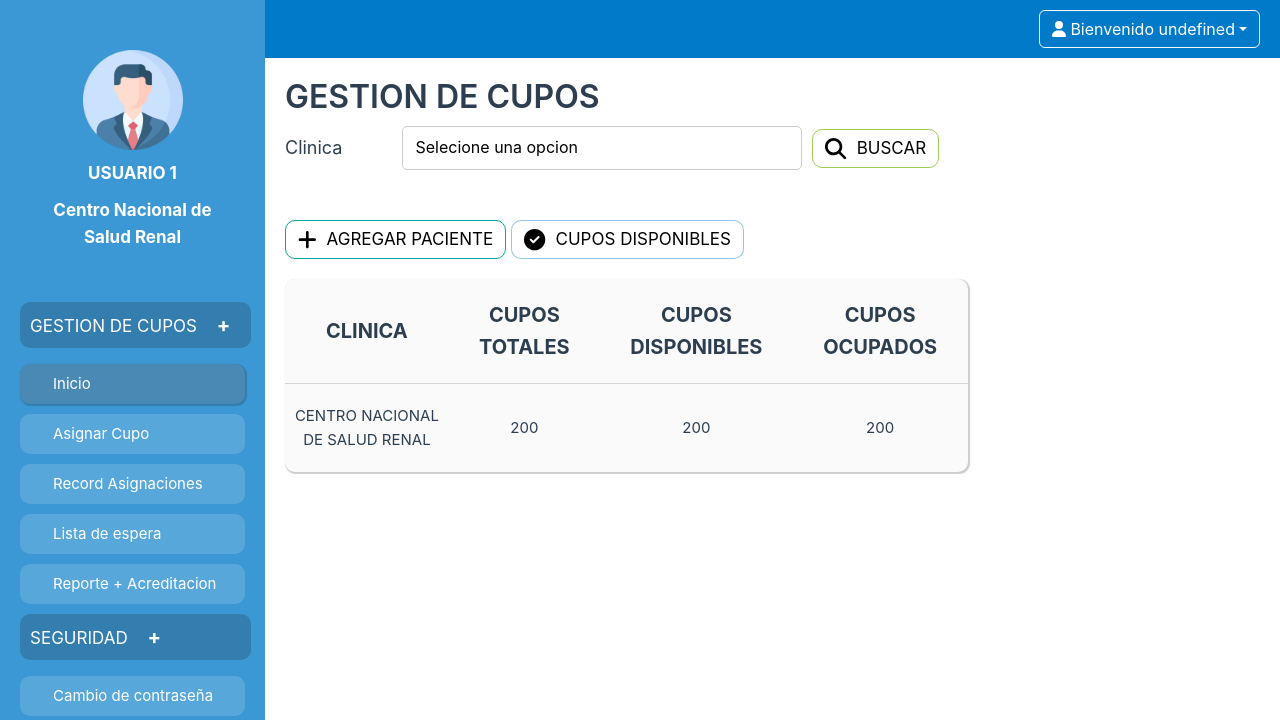
Repository: cynthiacevallos/organizadorhisar
Page: /
These files come from the project's save history. The page is drawn as it stood at one moment and after a run of saves; the edit follows.
The browser window is 1280 px wide. The pictures show the whole page.
The page's requests for data from a server got no answer. Some web libraries are served in a nearby version. The project was rebuilt for these pictures with package versions that can differ from the ones it lists, and the page was loaded fresh each time. No one was signed in, and anything a server would have sent is missing. Also part of the build but not shown: vite.config.js, vue.config.js.

Above is the page before, as saved 2023-09-06 15:32:32.

### index.html
<!DOCTYPE html>
<html lang="en">

<head>
  <meta charset="UTF-8">
  <link rel="icon" href="./src/assets/images/cnsr-logo.png">
  <meta name="viewport" content="width=device-width, initial-scale=1.0">
  <link href="https://cdn.jsdelivr.net/npm/bootstrap@5.3.1/dist/css/bootstrap.min.css" rel="stylesheet"
    integrity="sha384-4bw+/aepP/YC94hEpVNVgiZdgIC5+VKNBQNGCHeKRQN+PtmoHDEXuppvnDJzQIu9" crossorigin="anonymous">
  <title>HISAR</title>
</head>

<body>
  <div id="app"></div>
  <script type="module" src="/src/main.js"></script>


  <script src="https://code.jquery.com/jquery-3.2.1.slim.min.js"
    integrity="sha384-KJ3o2DKtIkvYIK3UENzmM7KCkRr/rE9/Qpg6aAZGJwFDMVNA/GpGFF93hXpG5KkN"
    crossorigin="anonymous"></script>
  <script src="https://cdn.jsdelivr.net/npm/popper.js@1.12.9/dist/umd/popper.min.js"
    integrity="sha384-ApNbgh9B+Y1QKtv3Rn7W3mgPxhU9K/ScQsAP7hUibX39j7fakFPskvXusvfa0b4Q"
    crossorigin="anonymous"></script>
  <script src="https://cdn.jsdelivr.net/npm/bootstrap@4.0.0/dist/js/bootstrap.min.js"
    integrity="sha384-JZR6Spejh4U02d8jOt6vLEHfe/JQGiRRSQQxSfFWpi1MquVdAyjUar5+76PVCmYl"
    crossorigin="anonymous"></script>
</body>

</html>

### src/App.vue
<template>
   <!-- <SidenH :lista="arreglo" usuario="USUARIO 1" centro="Centro Nacional de Salud Renal" />-->
   <!-- <Tabla :header="headers" :data="datos"/>-->
    <!--<Input ancho="50vw" />
    <Input ancho="50vw"/>
    <Input ancho="500px" />-->
  <RouterView />

    <!--<Button title="BUSCAR" imagen="search.png" bgColor="#A1CE57" />
    <Button title="AGREGAR PACIENTE" imagen="cheque.png" bgColor="#00A79C"/>
    <Button title="CANCELAR" imagen="cancelar.png" bgColor="#E35C5C"/>
    <Button title="GENERAR EXCEL" imagen="excel.png" bgColor="#008000"/>
    <Button title="CERRAR SESION" imagen="cerrar-sesion.png" bgColor="#E35C5C" />
    <Button title="CUPOS DISPONIBLES" imagen="cheque.png" bgColor="rgba(59,153,213,0.55)"/>
    <Button imagen="lapiz.png" bgColor="rgba(0,122,201,0.44)"/>
    <Button imagen="eliminar.png" bgColor="#E35C5C"/>
    <Button title="SI" imagen="" bgColor="#A1CE57" />-->
</template>

<style scoped>
*{
  font-family: Inter, -apple-system, BlinkMacSystemFont, 'Segoe UI', Roboto, Oxygen, Ubuntu, Cantarell, 'Fira Sans', 'Droid Sans', 'Helvetica Neue', sans-serif;
}

</style>

<script setup>
  //import Input from './components/hisar_comp/InputH.vue'
  //import SidenH from './components/hisar_comp/SidenavH.vue'
  // import Button from './components/hisar_comp/ButtonH.vue'
 /* import Tabla from './components/hisar_comp/TablaH.vue'
  const headers = [
        {nombre:'TURNO'},{nombre:'FRECUENCIA'},{nombre:'FECHA DE INGRESO'},{nombre:'FECHA DE EVALUACION'},{nombre:'PESO'},{nombre:'TALLA'},{nombre:'ACCIONES'}
  ]
  const datos = [
        {turno:2, frecuencia:'L-M-V',fecIngreso:'2023-12-12',fecEval:'2023-12-12',peso:55,talla:1.55},
        {turno:1, frecuencia:'M-J-S',fecIngreso:'2023-12-12',fecEval:'2023-12-12',peso:55,talla:1.55},
        {turno:3, frecuencia:'L-M-V',fecIngreso:'2023-12-12',fecEval:'2023-12-12',peso:55,talla:1.55},
        {turno:3, frecuencia:'L-M-V',fecIngreso:'2023-12-12',fecEval:'2023-12-12',peso:55,talla:1.55},
        {turno:4, frecuencia:'L-M-V',fecIngreso:'2023-12-12',fecEval:'2023-12-12',peso:66,talla:1.66},
  ]*/
  //const arreglo = [
    //  {main: 'Gestion de cupos',sec:[{name:'Asignar Cupo'},{name:'Record Asignaciones'},{name:'Lista de espera'},////{name:'Reporte + Acreditacion'}]},
    //  {main: 'Seguridad'}
  //]
</script>

<!--<script setup>
import { RouterLink, RouterView } from 'vue-router'
import HelloWorld from './components/HelloWorld.vue'
</script>

<template>
  <header>
    <img alt="Vue logo" class="logo" src="@/assets/logo.svg" width="125" height="125" />

    <div class="wrapper">
      <HelloWorld msg="You did it!" />

      <nav>
        <RouterLink to="/">Home</RouterLink>
        <RouterLink to="/about">About</RouterLink>
      </nav>
    </div>
  </header>

  <RouterView />
</template>

<style scoped>
/*header {
  line-height: 1.5;
  max-height: 100vh;
}

.logo {
  display: block;
  margin: 0 auto 2rem;
}

nav {
  width: 100%;
  font-size: 12px;
  text-align: center;
  margin-top: 2rem;
}

nav a.router-link-exact-active {
  color: var(--color-text);
}

nav a.router-link-exact-active:hover {
  background-color: transparent;
}

nav a {
  display: inline-block;
  padding: 0 1rem;
  border-left: 1px solid var(--color-border);
}

nav a:first-of-type {
  border: 0;
}

@media (min-width: 1024px) {
  header {
    display: flex;
    place-items: center;
    padding-right: calc(var(--section-gap) / 2);
  }

  .logo {
    margin: 0 2rem 0 0;
  }

  header .wrapper {
    display: flex;
    place-items: flex-start;
    flex-wrap: wrap;
  }

  nav {
    text-align: left;
    margin-left: -1rem;
    font-size: 1rem;

    padding: 1rem 0;
    margin-top: 1rem;
  }
}
</style>-->

### src/views/GestionCupos/CuposH.vue
<template>
    <div class="modal-container" v-show="showModal">
        <Modal titulo="Cupos disponibles" :cerrar="mostrarModal" ></Modal>
    </div>

    <div class="main">
        <Sidenav :lista="arreglo" :usuario="user" :centro="centro" />
        <div class="content">
            <Header />
            <div class="content-cupos">
                <h2>GESTION DE CUPOS</h2>
                <div class="content-cupos-busqueda">
                    <label for="clinica">Clinica</label>
                    <Select id="clinica" :opciones="getClinicas" ancho="400px" />
                    <Button title="BUSCAR" background="#FFF"  bgColor="#A1CE57" iconos="magnifying-glass" font="#000" />
                </div>
            </div>
            <div class="resultados-busqueda">
                <div class="btns-busqueda">
                    <Button @click="goAddPaciente" title="AGREGAR PACIENTE" background="#FFF"  bgColor="#00A79C"  iconos="plus" font="#000" />
                    <Button @click="mostrarModal" title="CUPOS DISPONIBLES" background="#FFF" bgColor="rgba(59,153,213,0.55)"  iconos="circle-check" font="#000" />
                </div>
                <TablaH :header="headers" :data="datos" />
            </div>
        </div>

    </div>
</template>

<style scoped>
*{
    width: 100%;
}
.main{
    display: flex;
    /*width: 100%;*/
}
.content{
    display: flex;
    flex-direction: column;
    gap:20px
}
.content-cupos{
    padding-left: 20px;
    width: fit-content;
}
.content-cupos h2{
    font-weight: 600;
}
.content-cupos-busqueda{
    margin-top: 10px;
    display: flex;
    align-items: center;
    gap: 10px;
}
.content-cupos-busqueda label{
    font-weight: normal;
    font-size: 18px;
    padding-right: 50px;
    width: fit-content;
}
.resultados-busqueda{
    padding: 30px 20px;
}
.btns-busqueda{
    margin-bottom: 20px;
    display: flex;
    gap: 5px;
}
.modal-container{
    position:fixed;
    background-color: rgba(255,255,255,0.33);
    height: 100%;
}
</style>

<script setup>
    import { reactive, ref, onMounted } from 'vue'
    import { useRouter } from 'vue-router'

    import { storeToRefs } from 'pinia'
    import { useClinicasStore } from '../../stores/clinicas.js'

    import Sidenav from '../../components/hisar_comp/SidenavH.vue'
    import Header from '../../components/hisar_comp/HeaderH.vue'
    import Select from '../../components/hisar_comp/InputSelect.vue'
    import Button from '../../components/hisar_comp/ButtonH.vue'
    import TablaH from '../../components/hisar_comp/TablaHi.vue'
    import Modal from '../../components/hisar_comp/ModalH.vue'

    const router = useRouter()

    const user= "USUARIO 1"
    const centro="Centro Nacional de Salud Renal"
    const showModal = ref(false)

    const mostrarModal = () =>{
        showModal.value = !showModal.value
    }
    const goAddPaciente = () => {
        router.push({path:'/gestion/cupos/add'})
    }
    //const clinicas = reactive(["Sin datos "])
    const clinicas_store = useClinicasStore();
    const {getClinicas} = storeToRefs(clinicas_store)
    const {consultarClinicas} = clinicas_store


    const arreglo = reactive([
        {main: 'Gestion de cupos',sec:[{name:'Inicio',link:''},{name:'Asignar Cupo',link:'/gestion/cupos/add'},{name:'Record Asignaciones',link:'/gestion/cupos/asignaciones'},{name:'Lista de espera',link:'/gestion/cupos/listaespera'},{name:'Reporte + Acreditacion',link:'/gestion/cupos/reportes'}], done:true},
        {main: 'Seguridad',sec:[{name:'Cambio de contraseña',link:'/seguridad'}],done:true}
    ])
    const headers = [
        {nombre:'CLINICA'},{nombre:'CUPOS TOTALES'},{nombre:'CUPOS DISPONIBLES'},{nombre:'CUPOS OCUPADOS'}
    ]
    const datos = [
        {clinica:'CENTRO NACIONAL DE SALUD RENAL',cuposTotales:200,cuposDisponibles:200,cuposOcupados:200}
    ]

    onMounted(()=>{
        consultarClinicas()
    })
</script>

### src/stores/clinicas.js
import { defineStore } from "pinia";
import { computed, ref } from 'vue'
import axios from 'axios';

export const useClinicasStore = defineStore("clinicas",() =>{
    //const RUTA = import.meta.env.VUE_APP_RUTA_HISAR

    const clinicas = ref([])
    const clinicasDatos = ref([])
    const getClinicas = computed(()=> clinicas.value)
    const getDatosClinicas = computed(()=>clinicasDatos.value)
    const consultarClinicas = () => {
        axios.post("http://10.0.54.105:90/"+"apis/api/token/",{
            username: "cnsr",
            password: "123456",
        }).then((response)=>{
            let result = response.data.access
            axios.get("http://10.0.54.105:90/"+"apis/cas/",{
                headers:{ Authorization: "Bearer " + result },
            }).then((res)=>{
                for(let i = 0; i<res.data.length; i++){
                    clinicas.value.push(res.data[i].descripCas)
                    clinicasDatos.value.push(res.data[i])
                }
            })
        })
    }
    return {
        getDatosClinicas,
        getClinicas,
        consultarClinicas
    }
})

### src/components/hisar_comp/SidenavH.vue
<template>
    <div class="siden">
        <div class="usuario-info">
            <img src="../../assets/images/user-icon2.png" alt="" width="100" height="100">
            <span>{{ usuario }}</span>
            <span>{{ centro }}</span>
        </div>

        <div class="items">
            <div  v-for="(i,index) in lista" :key="index">
                <div class="item-siden">
                    <p>{{ i.main.toUpperCase() }}
                        <button class="item-boton" @click="showItems(i)">+</button>
                    </p>
                </div>
                <div class="item-sub-siden" v-for="(j,indice) in i.sec" :key="indice" v-show="i.done">
                    <router-link class="link" :to="{ path:''+`${j.link}`}"  >
                        <div class="item-sub-siden-link"> {{ j.name }} </div>
                    </router-link>
                </div>
            </div>
        </div>
    </div>
</template>

<style scoped>
.link{
    color:#FFF;
    text-decoration: none;
}
.router-link-active .item-sub-siden-link{
    background-color: rgba(25,34,38,0.22);
    border-radius: 10px;
    box-shadow: 1px 1px 1px 1px rgba(25,34,38,0.22);
}
.item-sub-siden-link{
    padding: 8px;
}
.item-sub-siden-link:hover{
    background-color:rgba(25,34,38,0.33);
    border-radius: 10px;
}

body {
    margin: 0px !important;
}
.siden{
    width: 289px;
    height: 100vh;
    padding: 0 20px;
    background-color: rgba(0,122,201,0.77);
}
.usuario-info{
    display: flex;
    flex-direction: column;
    align-items: center;
    justify-content: center;
    gap:10px;
    padding-top: 50px;
}
.usuario-info span{
    color:white;
    font-weight: bold;
    text-align: center;
    padding: 0 10px;
    font-size: 17px;
}
.items{
    width: 225px;
    margin: 50px auto;
}
.item-boton{
    background:transparent;
    border: none;
    color: white;
    height: fit-content;
    padding: 0 10px;
    margin: 7px 5px;
    font-size: 20px;
    font-weight: bold;
    cursor: pointer;
}
.item-boton:hover{
    color: #000;
}

.item-siden{
    /*margin-top:10px;*/
    color:white;
    background-color: rgba(25,34,38,0.22);
    width: 231px;
    padding:0;
    text-indent: 10px;
    border-radius: 10px;
    margin-bottom: 5px;
    font-size: 17px;
    font-weight: bold;
}
/*.item-siden:last-child button{
    display: none;
}*/
.item-sub-siden{
    color:white;
    text-indent: 25px;
    width: 225px;
    border-radius: 10px;
    background-color: rgba(255,255,255,0.15);
    margin-bottom: 10px;
}
.item-sub-siden.active {
    display: block;
}
</style>

<script setup>
    defineProps({
        usuario:{
            type:String,
            require:false
        },
        centro:{
            type:String,
            require:true
        },
        lista:{
            type:Array,
            require:false
        }
    })

    const showItems = (i) =>{
        if(i.done == true){
            i.done = false
        }else if(i.done == false){
            i.done = true
        }
    }
</script>

### src/components/hisar_comp/HeaderH.vue
<template>
    <div class="barra">
        <!-- <h2>HISAR</h2> -->
        <div class="dropdown show">
            <a class="btn btn-outline-light dropdown-toggle" href="#" role="button" id="dropdownMenuLink" data-toggle="dropdown"
                aria-haspopup="true" aria-expanded="true">
                <font-awesome-icon :icon="['fas', 'user']" />
                Bienvenido {{ usuario }}
            </a>
            <div class="dropdown-menu" aria-labelledby="dropdownMenuLink">
                <a class="dropdown-item" @click="miPerfil" >Mi perfil</a>
                <a class="dropdown-item" @click="cerrarSesion" >Cerrar sesion</a>
            </div>
        </div>
        <!-- <ButtonH title="CERRAR SESION" bgColor="#E35C5C" background="#E35C5C" font="#FFF" iconos="right-from-bracket"/> -->
    </div>
</template>

<style scoped>
.barra {
    /* background-color: rgba(26, 34, 38, 0.88); */
    background-color: rgb(0, 122, 201);
    height: fit-content;
    width: 100%;
    padding: 10px 20px;
    display: flex;
    flex-wrap: wrap;
    align-items: center;
    justify-content: flex-end;
}
.barra h2{
    color: white;
    /* font-weight: bold; */
    margin: 0;
    letter-spacing: 5px;
}
.dropdown a{
    color: white;
}
.dropdown:hover a{
    color: #000;
}
</style>

<script setup>
// import
import { useUsuarioStore } from '../../stores/usuario';
import router from '../../router';

const store = useUsuarioStore()
const usuario = store.user.nombres.split(" ")[0]+' '+store.user.nombres.split(" ")[1]

const cerrarSesion = () => {
    sessionStorage.clear()
    router.push("/")
}

const miPerfil = () => {
    router.push("/perfil")
}
</script>

### src/components/hisar_comp/InputSelect.vue
<template>
    <select :name="id" :id="id" class="seleccion" >
        <option class="" value="" selected hidden disabled >Selecione una opcion</option>
        <option  v-for="(i,index) in opciones" :key="index" >{{ i }}</option>
    </select>
    <!--<button class="boton" @click="verOpciones" >
        Seleccione una opcion
    </button>

    <div class="opciones">
        <button class="optciones-item">Centro Nacional de Salud Renal</button>
        <button >CCCC</button>
        <button>DDDD</button>
        <button>KKKK</button>
    </div>-->
</template>

<style scoped>
button{
    background-color:transparent;
    border:none;
    font-size: 14px;
}
.seleccion{
    width: v-bind(ancho);
    background-color:#FFF;
    border:none;
    padding: 8px 12px;
    border-radius: 5px;
    font-size: 16px;
    display: flex;
    gap:10px;
    border: 1px solid #ccc;
    cursor: pointer;
}
.seleccion:focus{
    outline: none;
}
.seleccion option{
    padding-top:100px;
    text-align: left;
}




.opciones{
    background-color: #fff;
    box-shadow: 1px 1px 1px 1px  #ccc;
    width: 50%;
    display: v-bind(display);
    margin: 0;
    padding: 0;
}

.opciones button{
    cursor: pointer;
    width: 100%;
    text-align: left;
    height: fit-content;
}

.opciones button:hover{
    color: white;
    cursor: pointer;
    background-color: #007AC9;
}
option{
    line-height: 200px;
    padding: 200px;
    margin: 500px;
    padding-top: 200px;
}
.select {
    width: v-bind(ancho);
    border: none;
    font-size: 14px;
    background-color: rgba(229,229,229,0.44);
    border:1px solid #ccc;
    padding: 10px;
    text-indent: 15px;
    border-radius: 20px;
    overflow: hidden;
    transition: box-shadow 0.3s ease;
}

.select:focus{
    outline: none;
    border: 2px solid #007AC9;
}

</style>

<script setup>
    import { ref } from 'vue'
    defineProps({
        ancho:{
            type: String,
            require:true,
            default:"500px"
        },
        opciones:{
            type:Array,
            require:true
        },
        id:{
            type:String,
            require:true
        }
    })
    let display = ref('none')
</script>

### src/components/hisar_comp/ButtonH.vue
<template>
    <button class="boton" >
        <font-awesome-icon :icon="['fas', iconos]" size="lg" />
        <span class="title">{{ title }}</span>
    </button>

</template>

<style scoped>
    .boton{
        border: 1px solid v-bind(bgColor);
        background-color: v-bind(background);
        padding: 5px 12px;
        border-radius: 10px;
        color:white;
        font-size: 17px;
        text-align: center;
        justify-content: center;
        align-items: center;
        display: flex;
        gap:10px;
        width: fit-content;
        color: v-bind(font);
    }
    .boton:hover{
        cursor: pointer;
        background-color: v-bind(bgColor);
        border:2px solid v-bind(bgColor);
        color:#FFF;
    }
    .title{
        font-weight: 400;
    }
</style>

<script setup>
    defineProps({
        title: {
            type: String,
            required:false
        },
        bgHover:{
            type:String,
            require:false
        },
        bgColor:{
            type:String,
            required:true,
        },
        background:{
            type:String,
            required:true,
            default:"#FFF"
        },
        iconos:{
            type: String,
            required:true
        },
        font:{
            type:String,
            required:true
        }
    })
</script>

### src/components/hisar_comp/TablaHi.vue
<template>
    <div>
        <table class="tabla">
            <tr class="tabla-header">
                <td v-for="(i,index) in header" :key="index">{{ i.nombre }}</td>
            </tr>
            <tr class="tabla-body" v-for="(j,indice) in data" :key="indice">
                <td>{{ j.clinica }}</td>
                <td>{{ j.cuposTotales }}</td>
                <td>{{ j.cuposDisponibles }}</td>
                <td>{{ j.cuposOcupados }}</td>
                <td class="tabla-botones" v-show="displayBtns">
                    <button class="btn-editar"><img src="../../assets/images/pencil.png" alt="Editar" width="35" height="35" aria-labelledby="caption-text"></button>
                    <button class="btn-editar"><img src="../../assets/images/trash.png" añt="Eliminar" width="40" height="40"> </button>
                    <!--<Button title="ELIMINAR" background="#E35C5C"  bgColor="#E35C5C"  iconos="" font="#fff" />
                    <Button title="EDITAR" background="rgba(0,122,201,0.44)"  bgColor="rgba(0,122,201,0.44)" iconos="pen" font="#fff" />-->
                </td>
            </tr>
        </table>

    </div>
</template>

<style scoped>
.tabla{
    background-color: rgba(217,217,217,0.15);
    padding: 20px;
    text-align: center;
    box-shadow: 1px 1px 1px 1px #ccc;
    border-radius: 10px;
    width: 70%;
}
.tabla-header{
    border-bottom:1px solid #CCCC;
}
.tabla-header td {
    padding: 20px;
    font-size: 20px;
    font-weight: bold;
}

.tabla tr td {
    padding-top: 20px;
    padding-bottom: 20px;
}
.tabla-botones {
    display: flex;
    justify-content: center;
    gap:5px;
}
.btn-editar{
    border: none;
    background-color: transparent;
}
.btn-editar:hover{
    opacity: 0.6;
}
</style>

<script setup>
    //import Button from './ButtonH.vue'
   // const headers = [
     //   {nombre:'TURNO'},{nombre:'FRECUENCIA'},{nombre:'FECHA DE INGRESO'},{nombre:'FECHA DE EVALUACION'},{nombre:'PESO'},{nombre:'TALLA'},{nombre:'ACCIONES'}
   // ]
   // const datos = [
     //   {turno:2, frecuencia:'L-M-V',fecIngreso:'2023-12-12',fecEval:'2023-12-12',peso:55,talla:1.55},
      //  {turno:1, frecuencia:'M-J-S',fecIngreso:'2023-12-12',fecEval:'2023-12-12',peso:55,talla:1.55},
      //  {turno:3, frecuencia:'L-M-V',fecIngreso:'2023-12-12',fecEval:'2023-12-12',peso:55,talla:1.55}
   // ]
    defineProps({
        header:{
            type:Array,
            require:true
        },
        data:{
            type:Array,
            require:true
        },
        displayBtns:{
            type:Boolean,
            default:false
        }
    })

</script>

### src/components/hisar_comp/ModalH.vue
<template>
    <div class="modal-content">
        <h2>{{ titulo }}</h2>
        <div class="modal-scroll">
            <div class="modal-content-box">
                <p><strong> TURNO</strong> <span>TURNO 1</span> </p>
                <p> <strong>FRECUENCIA </strong><span>LUN-MIE-VIE</span> </p>
                <p> <strong>TIPO DE PUESTO</strong> <span>NORMAL</span> </p>
                <p><strong> CANTIDAD DE CUPOS</strong> <span>30</span> </p>
            </div>
            <div class="modal-content-box">
                <p><strong> TURNO</strong> <span>TURNO 1</span> </p>
                <p> <strong>FRECUENCIA </strong><span>LUN-MIE-VIE</span> </p>
                <p> <strong>TIPO DE PUESTO</strong> <span>NORMAL</span> </p>
                <p><strong> CANTIDAD DE CUPOS</strong> <span>30</span> </p>
            </div>
            <div class="modal-content-box">
                <p><strong> TURNO</strong> <span>TURNO 1</span> </p>
                <p> <strong>FRECUENCIA </strong><span>LUN-MIE-VIE</span> </p>
                <p> <strong>TIPO DE PUESTO</strong> <span>NORMAL</span> </p>
                <p><strong> CANTIDAD DE CUPOS</strong> <span>30</span> </p>
            </div>
            <div class="modal-content-box">
                <p><strong> TURNO</strong> <span>TURNO 1</span> </p>
                <p> <strong>FRECUENCIA </strong><span>LUN-MIE-VIE</span> </p>
                <p> <strong>TIPO DE PUESTO</strong> <span>NORMAL</span> </p>
                <p><strong> CANTIDAD DE CUPOS</strong> <span>30</span> </p>
            </div>
        </div>
        <div class="modal-content-btn">
            <Button @click="cerrar" title="OK" bgColor="#A1CE57" background="#A1CE57" font="#FFF"
                iconos="circle-check" />
        </div>
    </div>
</template>

<style scoped>
.modal {
    position: fixed;
    background-color: rgba(255, 255, 255, 0.33);
    height: 100%;
}
.modal-content {
    position: fixed;
    top: 20%;
    left: 35%;
    padding: 1%;
    width: 700px;
    background-color: #FCFCFC;
    box-shadow: 1px 1px 3px 3px #ccc;
    border-radius: 10px;
    display: flex;
    flex-direction: column;
    gap: 20px;
}
.modal-content h2{
    text-align: center;
}
.modal-scroll{
    height: 400px;
    overflow-x: hidden;
}
.modal-content-box {
    text-indent: 40px;
    background-color: #F5F5F5;
    border-radius: 20px;
    width: 98%;
    box-shadow: 1px 1px 1px 1px #ccc;
}
.modal-content-btn {
    width: 50px;
    margin: 0 auto;
}
.modal-content-box p {
    padding: 2px;
    font-size: 16px;
}
</style>

<script setup>
import Button from './ButtonH.vue'

defineProps({
    titulo: {
        type: String,
        require: false,
        default: "Cupos Disponibles"
    },
    datos:{
        type: Array,
        require:false,
    },
    cerrar: {
        type: Function,
        require: false
    }
})
</script>

Loaded but not shown: src/assets/base.css (common file); src/stores/usuario.js (58 lines, source omitted); src/main.js (36 lines, source omitted); src/router/index.js (44 lines, source omitted)

After the next 5 saves:
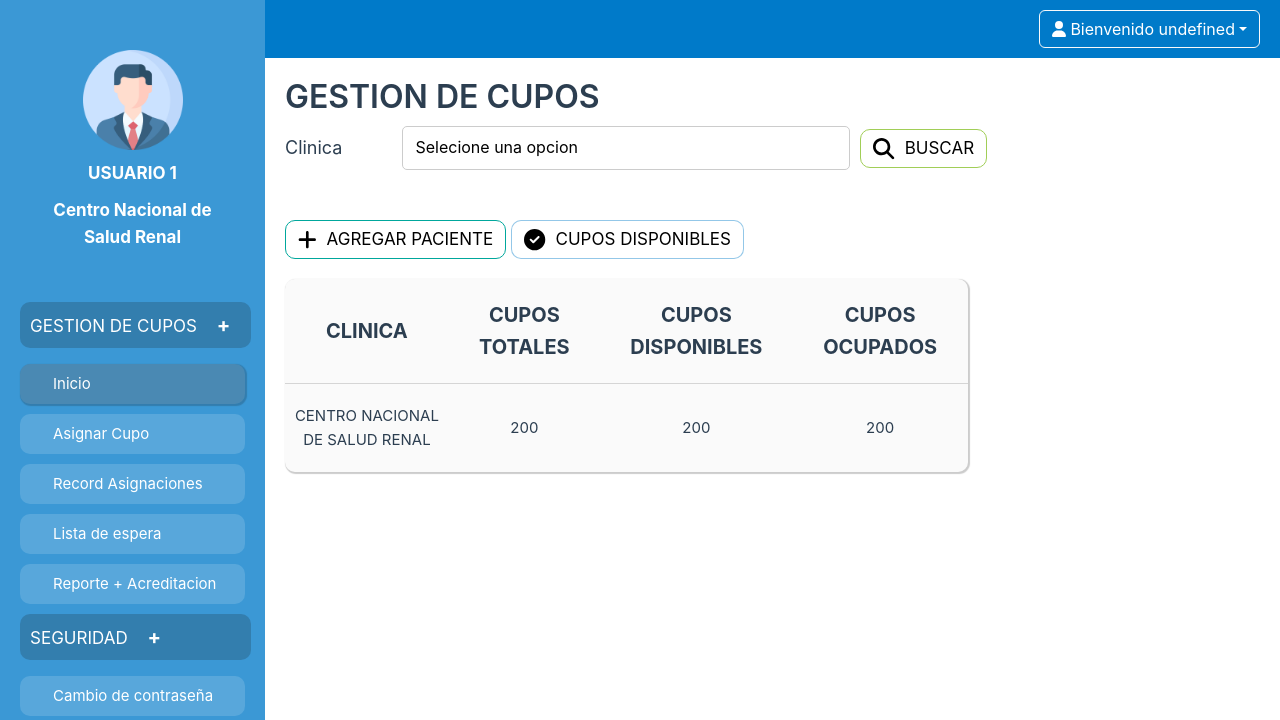
The 5 saves are shown as one change because they came seconds apart.
The last was saved 76 s later.
--- a/src/views/GestionCupos/CuposH.vue
+++ b/src/views/GestionCupos/CuposH.vue
@@ -11,7 +11,7 @@
                 <h2>GESTION DE CUPOS</h2>
                 <div class="content-cupos-busqueda">
                     <label for="clinica">Clinica</label>
-                    <Select id="clinica" :opciones="getClinicas" ancho="400px" />
+                    <Select id="clinica" :opciones="getClinicas" ancho="35vw" />
                     <Button title="BUSCAR" background="#FFF"  bgColor="#A1CE57" iconos="magnifying-glass" font="#000" />
                 </div>
             </div>
